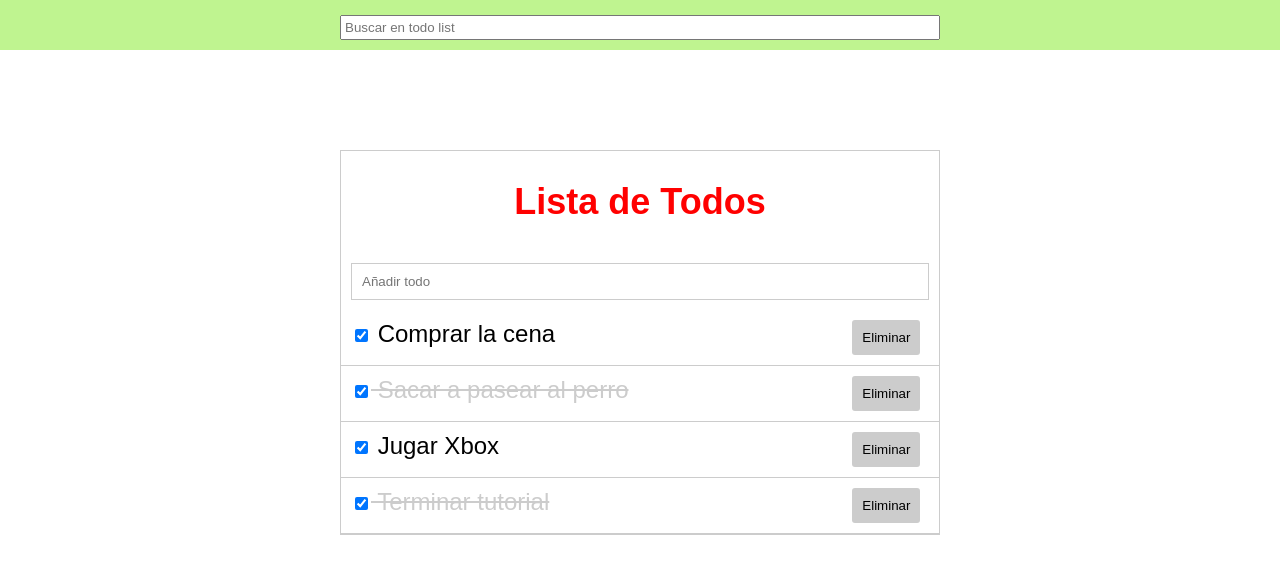
Repository: MauriVaz/Primer-app-con-Vue
Page: /
These files come from the project's save history. The page is drawn as it stood at one moment and after the next save; the edit follows.
The browser window is 1280 px wide. The pictures show the whole page.
The project was rebuilt for these pictures with package versions that can differ from the ones it lists, and the page was loaded fresh each time. Also part of the build but not shown: vue.config.js.

Above is the page before, as saved 2022-12-28 22:08:38.

### public/index.html
<!DOCTYPE html>
<html lang="">
  <head>
    <meta charset="utf-8">
    <meta http-equiv="X-UA-Compatible" content="IE=edge">
    <meta name="viewport" content="width=device-width,initial-scale=1.0">
    <link rel="icon" href="<%= BASE_URL %>favicon.ico">
    <title><%= htmlWebpackPlugin.options.title %></title>
  </head>
  <body>
    <noscript>
      <strong>Por favor activa Javascript</strong>
    </noscript>
    <div id="app"></div>
    <!-- built files will be auto injected -->
  </body>
</html>

### src/App.vue
<template>
  <div>
    <div id="header">
      <Search v-on:query-change="querySearch" />
    </div>

    <div id="main-container">
      <h2>Lista de Todos</h2>
      <TodoAdd v-on:add-todo="addTodo"/>
      <Todos v-bind:todoslist="copyTodos" v-on:delete-todo="deleteTodo" />
    </div>
  </div>
</template>

<script>
//import HelloWorld from './components/HelloWorld.vue'
import Search from './components/Search';
import Todos from './components/Todos';
import TodoAdd from './components/TodoAdd';

export default {
  name: 'App',
  components: {
    Todos, TodoAdd, Search
  },
  methods: {
    deleteTodo(id){
      this.todos = this.todos.filter(todo => todo.id != id);
      this.copyTodos = [...this.todos];
    },
    addTodo(todo){
      this.todos.push(todo);
      this.copyTodos = [...this.todos];
    },
    querySearch(query){
      if(query.trim() === ''){
        this.copyTodos = [...this.todos];
      }else{
        const temp = this.todos.filter(todo =>{
          return todo.title.includes(query)
        });

        this.copyTodos = [...temp];
      }
    }
  },
  data(){
    return {
      todos: [
        {
          id: 0,
          title:  'Comprar la cena',
          completed: false
        },
        {
         id: 1,
         title: 'Sacar a pasear al perro',
         completed: true
       },
       {
         id: 2,
         title: 'Jugar Xbox',
         completed: false
       },
       {
         id: 3,
         title: 'Terminar tutorial',
         completed: true
       }
      ],
      copyTodos: []
    }
  },
  created(){
    this.copyTodos = [...this.todos];
  }
}
</script>

<style>
  *{
    box-sizing: border-box;
  }

  body{
    font-family: Arial, Helvetica, sans-serif;
    font-size: 1.5em;
    padding: 0;
    margin: 0;
  }

  #main-container{
    border: solid 1px #ccc;
    width: 600px;
    margin: 100px auto;
  }

  #header{
    background: rgb(128, 234, 35, .5);
    padding: 10px;
  }

  h2{
    padding: 0 10px;
    text-align: center;
    color:red
  }
</style>

### src/components/Search.vue
<!-- eslint-disable vue/multi-word-component-names -->
<template>
    <div id="search-container">
        <input type="text" placeholder="Buscar en todo list" v-model="query" v-on:input="$emit('query-change', query)">
    </div>
</template>

<script>
export default {
    // eslint-disable-next-line vue/multi-word-component-names
    name: 'Search',
    data(){
        return {
            query: ''
        }
    }
}
</script>

<style scoped>
    #search-container{
        width: 600px;
        margin: 0 auto;
    }

    input{
        padding: 10px;
        width: 100%;
        outline: none;

        padding: 3px;
    }
</style>

### src/components/Todos.vue
<template>
    <div>
        <div v-bind:key="todo.id" v-for="todo in todoslist">
            <TodoItem v-bind:todo="todo" v-on:delete-todo="$emit('delete-todo', todo.id)" />
        </div>
    </div>
</template>

<script>
import TodoItem from './TodoItem';

    export default {
        // eslint-disable-next-line vue/multi-word-component-names
        name: 'Todos',
        props: ['todoslist'],
        components:{TodoItem}
    }
</script>

<style>
</style>

### src/components/TodoAdd.vue
<template>
    <div id="add-container">
        <form @submit="addTodo">
            <input type="text" placeholder="Añadir todo" v-model="title">
        </form>
    </div>
</template>

<script>
import { uuid } from 'vue-uuid';

export default {
    name: 'TodoAdd',
    data(){
        return {
            title: ''
        }
    },
    methods:{
        addTodo(e){
            e.preventDefault();

            const newTodo = {
                id: uuid.v4(),
                title: this.title.charAt(0).toLocaleUpperCase()
                + this.title.toLocaleLowerCase().substring(1, this.title.length),
                completed: false
            };

            this.title = '';
            this.$emit('add-todo', newTodo);
        }
    }
}
</script>

<style scoped>
    #add-container{
        padding: 10px;
    }
    input{
        padding: 10px;
        outline: none;
        border: solid 1px #ccc;
        width: 100%;
    }
</style>

### src/components/TodoItem.vue
<template>
    <div class="todo" v-bind:class="{completed: todo.completed}">
        <div class="todo-body" >
            <input type="checkbox"
                v-bind:checked="todo.completed ? 'checked': ''"
                v-on:change="checkTodo">
            {{todo.title}}
        </div>

        <div class="todo-actions">
            <button @click="$emit('delete-todo', todo.id)">Eliminar</button>
        </div>
    </div>
</template>

<script>
    export default {
        name: 'TodoItem',
        props: ['todo'],
        methods: {
            checkTodo(){
                // eslint-disable-next-line vue/no-mutating-props
                this.todo.completed =! this.todo.completed;
            }
        }
    }
</script>

<style scoped>
    .todo{
        border-bottom: solid 1px #ccc;
        padding: 10px;
    }

    .todo:not(.completed):hover{
        background-color: #eee;
    }

    .completed{
        color: #ccc;
        text-decoration: line-through;
    }
    .completed .todo-body{
        text-decoration: line-through;
    }

    .todo-body, .todo-actions{
        display: inline-block;
        vertical-align: top;
    }

    .todo-body{
        width: 85%;
    }
    .todo-actions{
        padding: 0 10px;
        width: 10%;
    }

    button{
        border: none;
        border-radius: 3px;
        padding: 10px;
        background-color: #ccc;
        color: black;
    }
    button:hover{
        background-color: #da2020;
        color: white;
    }
</style>

Loaded but not shown: src/main.js (common file)

After the next save:
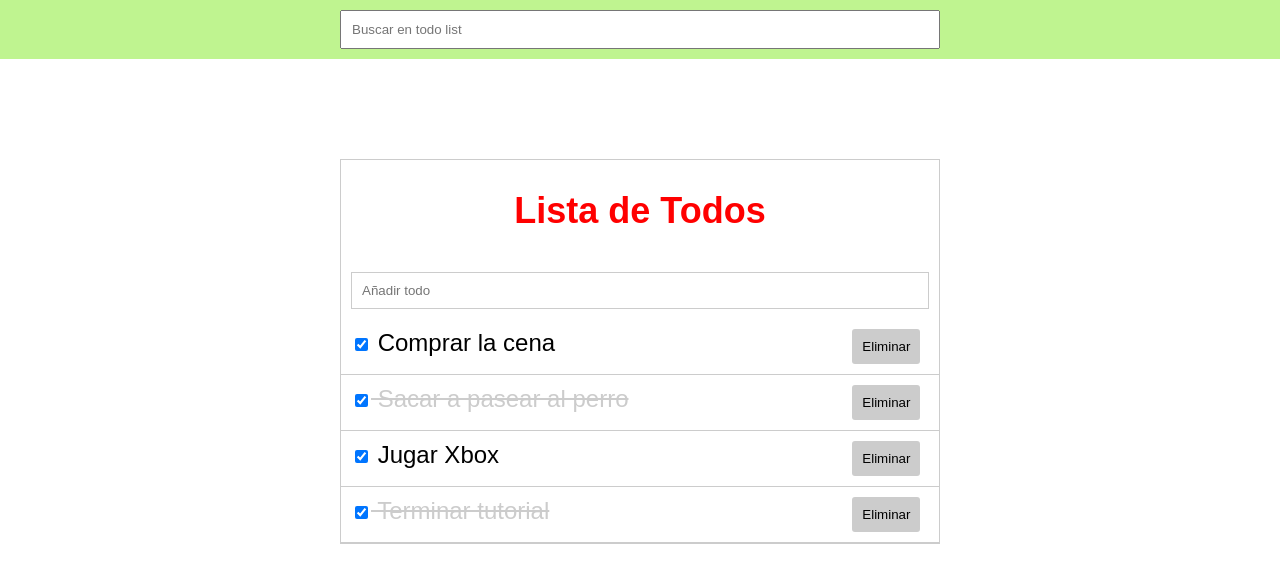
Saved 6 s later.
--- a/src/components/Search.vue
+++ b/src/components/Search.vue
@@ -27,7 +27,5 @@ export default {
         padding: 10px;
         width: 100%;
         outline: none;
-
-        padding: 3px;
     }
 </style>
